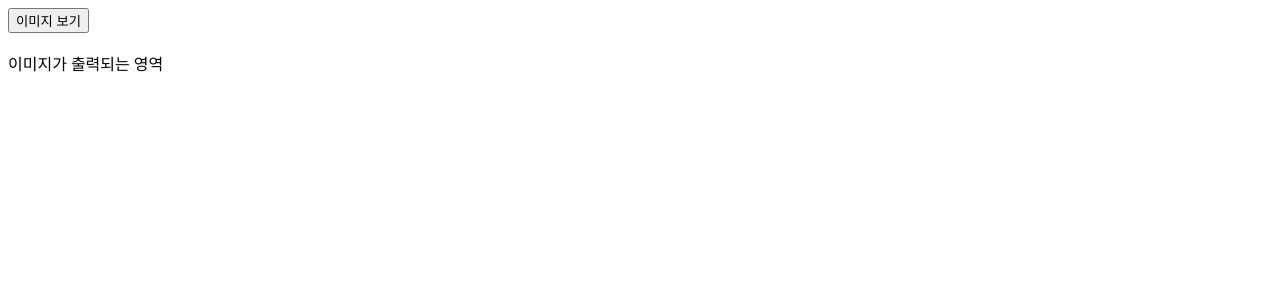
Repository: seonguk-choi/study_Web
Page: WorkSpace/09.jQuery/WebContent/jq12.html
An editor plug-in stored every save of this project. The page is shown before and after the next save, followed by the edit.
The browser window is 1280 px wide. The pictures show the whole page.
After loading, the first visible `#btn` was clicked once.

Above is the page before, as saved 2021-12-14 07:26:40.

### WorkSpace/09.jQuery/WebContent/jq12.html
<!DOCTYPE html>
<html>
<head>
<meta charset="UTF-8">
<title>jquery12</title>
</style>
<script type="text/javascript" src="https://code.jquery.com/jquery-3.6.0.min.js"></script>
<script type="text/javascript" src="jquery/jquery-3.6.0.js"></script>
<script type="text/javascript">
$(document).ready(function(){
	$("#btn").click(function(){
		$.ajax({
			dataType : "xml",
			url : "imageList.xml",
			success : function(data){resultHtml(data);},
			error : function(){alert("로딩실패!!!");}
		}); //ajax()
	});//click()
});//ready()

function resultHtml(data){
	//alert("로딩성공!!!");
	var images = $(data).find("img");
	//alert(images.length);
	var html ="";
	for(var i = 0; i < images.length; i++){
		var imgPath= images.eq(i);
		alert(imgPath.text());
	}
}
</script>
</head>
<body>
<button id="btn">이미지 보기</button>
<br/><br/>

<div id="display" >
이미지가 출력되는 영역
</div>
</body>
</html>

Loaded but not shown: WorkSpace/09.jQuery/WebContent/jquery/jquery-3.6.0.js (library)

After the next save:
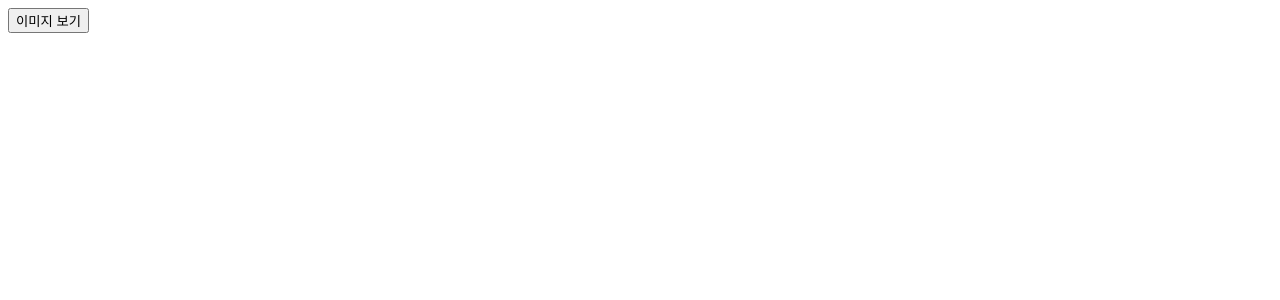
Saved 5 min 42 s later.
--- a/WorkSpace/09.jQuery/WebContent/jq12.html
+++ b/WorkSpace/09.jQuery/WebContent/jq12.html
@@ -25,8 +25,10 @@ function resultHtml(data){
 	var html ="";
 	for(var i = 0; i < images.length; i++){
 		var imgPath= images.eq(i);
-		alert(imgPath.text());
+		//alert(imgPath.text());
+		html += "<img src ='" + imgPath.text() + "' width='150' height='150 /><br/>'";
 	}
+	$("#display").html(html);
 }
 </script>
 </head>
